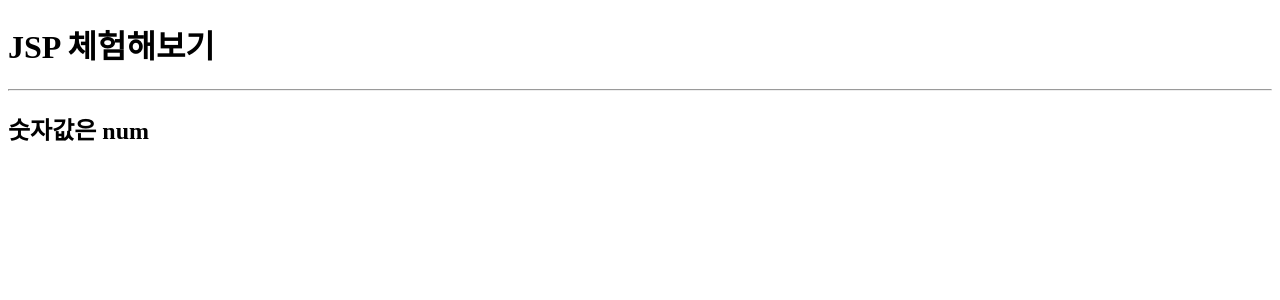
Repository: vhswo/jsp-work
Page: http://localhost/cos/
The author's editor kept a copy of each file at every save. The page is drawn from the files as they stood at one save, then again after the next save.
The browser window is 1280 px wide. The pictures show the whole page.
The page is served by Tomcat 9. Other server files are loaded and not shown.

Above is the page before, as saved 2020-08-08 07:15:53.

### cos/WebContent/index.jsp
<%@ page language="java" contentType="text/html; charset=UTF-8"
    pageEncoding="UTF-8"%>
<!DOCTYPE html>
<html>
<head>
<meta charset="UTF-8">
<title>첫번째 JSP</title>
</head>
<body>
<h1>JSP 체험해보기 </h1>
<hr/>
<%
	int num = 30;
%>
<h2>숫자값은 num</h2>
</body>
</html>

After the next save:
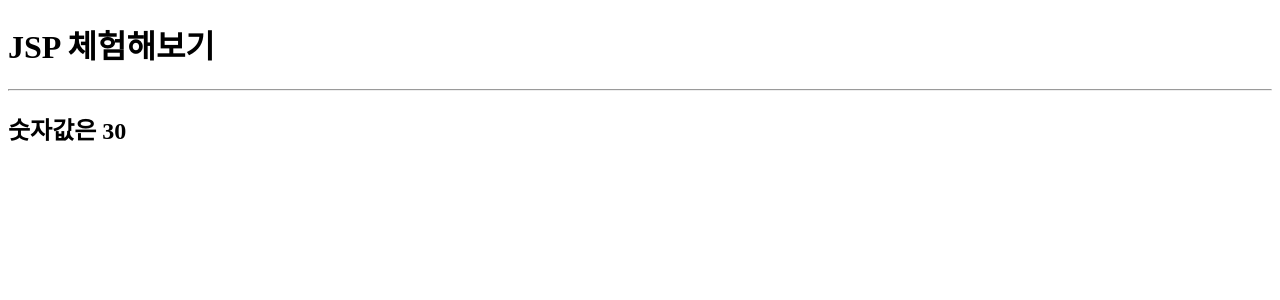
Saved 45 s later.
--- a/cos/WebContent/index.jsp
+++ b/cos/WebContent/index.jsp
@@ -12,6 +12,6 @@
 <%
 	int num = 30;
 %>
-<h2>숫자값은 num</h2>
+<h2>숫자값은 <%=num %></h2>
 </body>
 </html>
